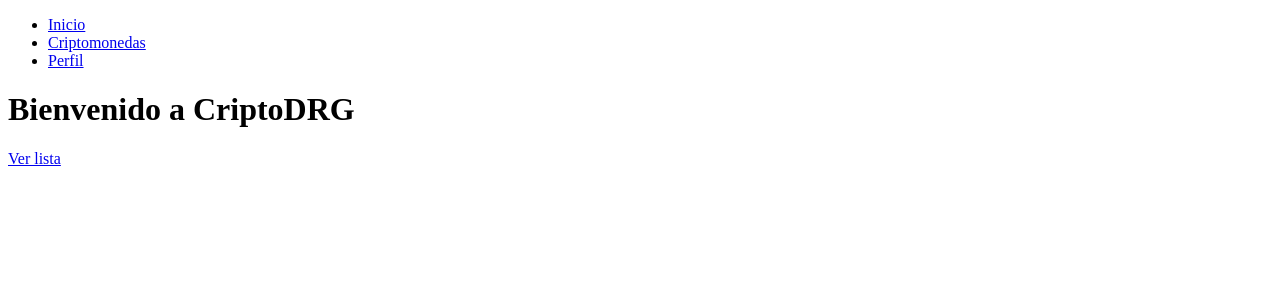
Repository: DaniWapp/appreact
Page: /
The author's editor kept a copy of each file at every save. The page is drawn from the files as they stood at one save, then again after the next save.
The browser window is 1280 px wide. The pictures show the whole page.
The project was rebuilt for these pictures with package versions that can differ from the ones it lists, and the page was loaded fresh each time. Also part of the build but not shown: vite.config.js, src/components/404.jsx, src/components/Cripto.css, src/components/Cripto.jsx, src/components/Index.jsx, src/components/CriptoPage.jsx, src/components/Perfil.jsx.

Above is the page before, as saved 2022-11-08 20:34:35.

### src/main.jsx
import React from 'react'
import ReactDOM from 'react-dom/client'
import { BrowserRouter, Route, Routes } from 'react-router-dom'
import App from './App'
import Pag404 from './components/404'
import Index from './components/Index'
import Home from "./components/Home"
import CriptoPage from './components/CriptoPage'
import Perfil from './components/Perfil'
import { UserContextProvider } from './context/UserContext'
ReactDOM.createRoot(document.getElementById('root')).render(
  <UserContextProvider>
    <BrowserRouter>
    <Routes>
    <Route path='/' element={<App />} >
        <Route index element={<Home />} />
        <Route path='/perfil' element={<Perfil></Perfil>} />
      </Route>
      <Route path='/criptomonedas' element={<App />} >
        <Route index element={<Index />} />
        <Route path=':id' element={<CriptoPage />} />
      </Route>
      <Route path='*' element={<Pag404 />} />
    </Routes>
  </BrowserRouter >
  </UserContextProvider>
)

### src/App.jsx
import { Outlet } from "react-router-dom"
import Menu from "./components/Menu"

const App = ()=>{
  return(
    <>
    <Menu/>
    <Outlet/>
    </>
  )
}

export default App

### src/components/Home.jsx
import { Link } from "react-router-dom"

const Home = () =>{
    return (
    <>
    <h1>Bienvenido a CriptoDRG</h1>
<Link to="/criptomonedas">Ver lista</Link>
    </>
    )
}

export default Home

### src/context/UserContext.jsx
import { createContext, useEffect, useState } from "react";

const UserContext = createContext()

const UserContextProvider = ({ children }) => {

const [usuario, setUsuario ] = useState({})
useEffect(() => {
setUsuario({
    name:"Dani R",
    registered: "19/nov/1981"
})

},[])

    return (
        <UserContext.Provider value={usuario}>
            { children }
        </UserContext.Provider>
    )
}

export {UserContext, UserContextProvider}

### src/components/Menu.jsx
import { useContext } from "react"
import { NavLink } from "react-router-dom"
import { UserContext } from "../context/UserContext"

const Menu = ()=>{

    const usuario = useContext(UserContext)

    return (
        <>
        <ul>
        <li><NavLink to="/">Inicio</NavLink></li>
        <li><NavLink to="/criptomonedas">Criptomonedas</NavLink></li>
        <li><NavLink to="/perfil">Perfil</NavLink></li>
        </ul>
        </>
    )
}

export default Menu

Loaded but not shown: index.html (common file)

After the next save:
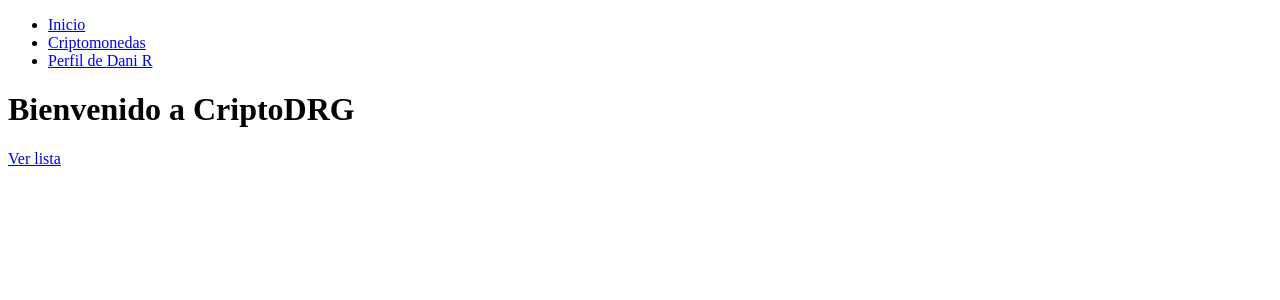
Saved 22 s later.
--- a/src/components/Menu.jsx
+++ b/src/components/Menu.jsx
@@ -11,7 +11,7 @@
         <ul>
         <li><NavLink to="/">Inicio</NavLink></li>
         <li><NavLink to="/criptomonedas">Criptomonedas</NavLink></li>
-        <li><NavLink to="/perfil">Perfil</NavLink></li>
+        <li><NavLink to="/perfil">Perfil de {usuario.name}</NavLink></li>
         </ul>
         </>
     )
